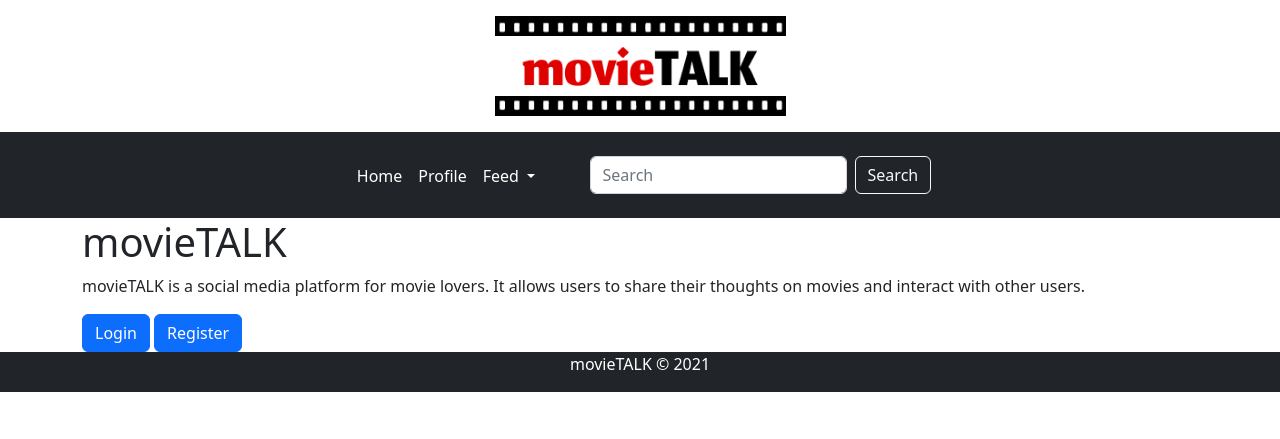
Repository: runeunhjem/css-frameworks-ca
Page: index.html
The author's editor kept a copy of each file at every save. The page is drawn from the files as they stood at one save, then again after a run of saves.
The browser window is 1280 px wide. The pictures show the whole page.
Some web libraries are served in a nearby version. The style sheet was rebuilt from its Sass, Less or Tailwind sources for each picture, by a compiler version that may differ from the author's.

Above is the page before, as saved 2023-08-24 15:26:14.

### index.html
<!DOCTYPE html>
<html lang="en">
<head>
  <meta charset="UTF-8">
  <meta name="viewport" content="width=device-width, initial-scale=1.0">
  <link rel="stylesheet" href="node_modules/bootstrap/dist/css/bootstrap.min.css">
  <link rel="stylesheet" href="dist/css/index.css">
  <script src="node_modules/bootstrap/dist/js/bootstrap.bundle.min.js"></script>
  <title>movieTALK | Home</title>
</head>
<body>
<header>
  <div class="header-logo my-3">
    <div class="row">
      <div class="col">
        <a class="navbar-brand" href="index.html" alt="movieTALK Logo"><span class="visually-hidden">Home</span></a>
      </div>
    </div>
  </div>
  <nav class="navbar navbar-expand-md bg-dark pt-4">
    <div class="container-fluid d-flex align-items-start justify-content-center max-width-800 bg-dark">
      <div class="row">
        <div class="col-3 col-sm-4 col-md-6">
          <button class="navbar-toggler bg-light mb-2 me-3" type="button" data-bs-toggle="collapse" data-bs-target="#navbarSupportedContent" aria-controls="navbarSupportedContent" aria-expanded="false" aria-label="Toggle navigation">
            <span class="navbar-toggler-icon"></span>
          </button>
          <div class="collapse navbar-collapse" id="navbarSupportedContent">
            <ul class="navbar-nav me-auto mb-2 mb-lg-0">
              <li class="nav-item">
                <a class="nav-link text-white active" aria-current="page" href="#">Home</a>
              </li>
              <li class="nav-item">
                <a class="nav-link text-white" href="profile/index.html">Profile</a>
              </li>
              <li class="nav-item dropdown">
                <a class="nav-link text-white dropdown-toggle" href="#" role="button" data-bs-toggle="dropdown" aria-expanded="false">
                  Feed
                </a>
                <ul class="dropdown-menu dropdown-menu-dark m-0">
                  <li><a class="dropdown-item" href="feed/index.html">Feed</a></li>
                  <li><a class="dropdown-item" href="feed/index.html#post">Post</a></li>
                  <li><hr class="dropdown-divider"></li>
                  <li><a class="dropdown-item" href="index.html">Sign Out</a></li>
                </ul>
              </li>
              <!-- <li class="nav-item">
                <a class="nav-link text-white disabled">Disabled</a>
              </li> -->
            </ul>
          </div>
        </div>
      </div>
        <div class="col-9 col-sm-8 col-md-6 d-flex align-items-start justify-content-end">
          <form class="d-flex mb-3" role="search">
            <input class="form-control me-2 max-width-300" type="search" placeholder="Search" aria-label="Search">
            <button class="btn btn-outline-light" type="submit">Search</button>
          </form>
      </div>
    </div>
    </div>
  </nav>
</header>
<main>
  <div class="container justify-content-center">
    <div class="row">
      <div class="col">
        <h1>movieTALK</h1>
        <p>movieTALK is a social media platform for movie lovers. It allows users to share their thoughts on movies and interact with other users.</p>
        <a href="login.php" class="btn btn-primary">Login</a>
        <a href="register.php" class="btn btn-primary">Register</a>
      </div>
    </div>
  </div>
</main>
<footer>
  <div class="container-fluid bg-dark">
    <div class="row">
      <div class="col">
        <p class="text-white text-center">movieTALK &copy; 2021</p>
      </div>
    </div>
  </div>
</footer>
</body>
</html>

### src/scss/index.scss
@import "../../node_modules/bootstrap/scss/functions";
@import "variables";
@import "../../node_modules/bootstrap/scss/bootstrap";
@import "../../node_modules/bootstrap/scss/variables";
@import "../../node_modules/bootstrap/scss/maps";
@import "../../node_modules/bootstrap/scss/mixins";
@import "../../node_modules/bootstrap/scss/root";

.header-logo {
  background-image: url("../../img/logo.png");
  background-size: contain;
  background-repeat: no-repeat;
  background-position: center;
  width: 100%;
  height: 100px;
}

.max-width-800 {
  max-width: 800px;
}
.max-width-300 {
  max-width: 300px;
}

### src/scss/_variables.scss
// $body-bg: #ffe0e0;
// $body-color: #111;


// $primary: #d95700;
// $danger: #a10d64;
// $light: #db7f7f;

Loaded but not shown: js/bootstrap.bundle.min.js (library)

After the next 3 saves:
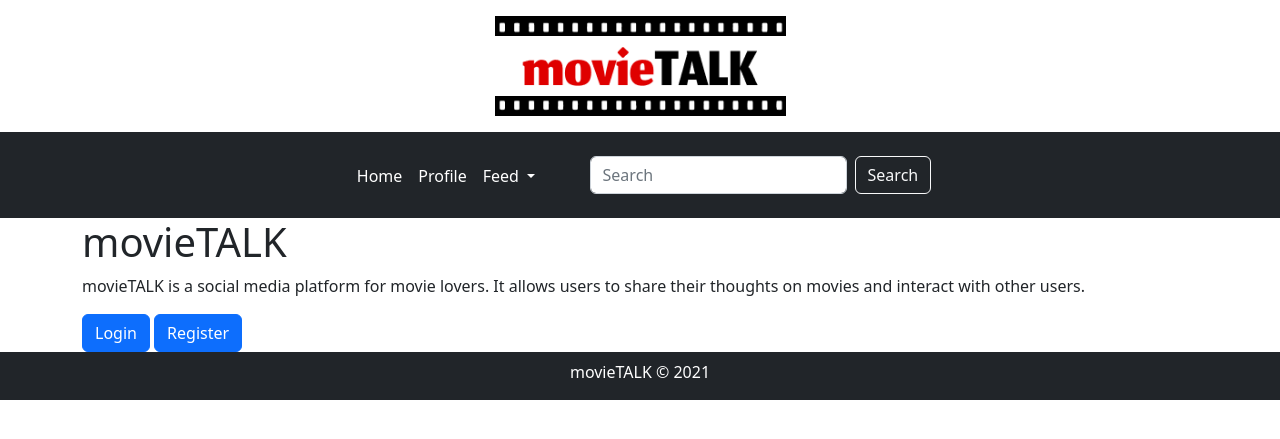
The 3 saves are shown as one change because they came seconds apart.
The last was saved 11 s later.
--- a/index.html
+++ b/index.html
@@ -76,7 +76,7 @@
   <div class="container-fluid bg-dark">
     <div class="row">
       <div class="col">
-        <p class="text-white text-center">movieTALK &copy; 2021</p>
+        <p class="text-white text-center mt-2">movieTALK &copy; 2021</p>
       </div>
     </div>
   </div>
